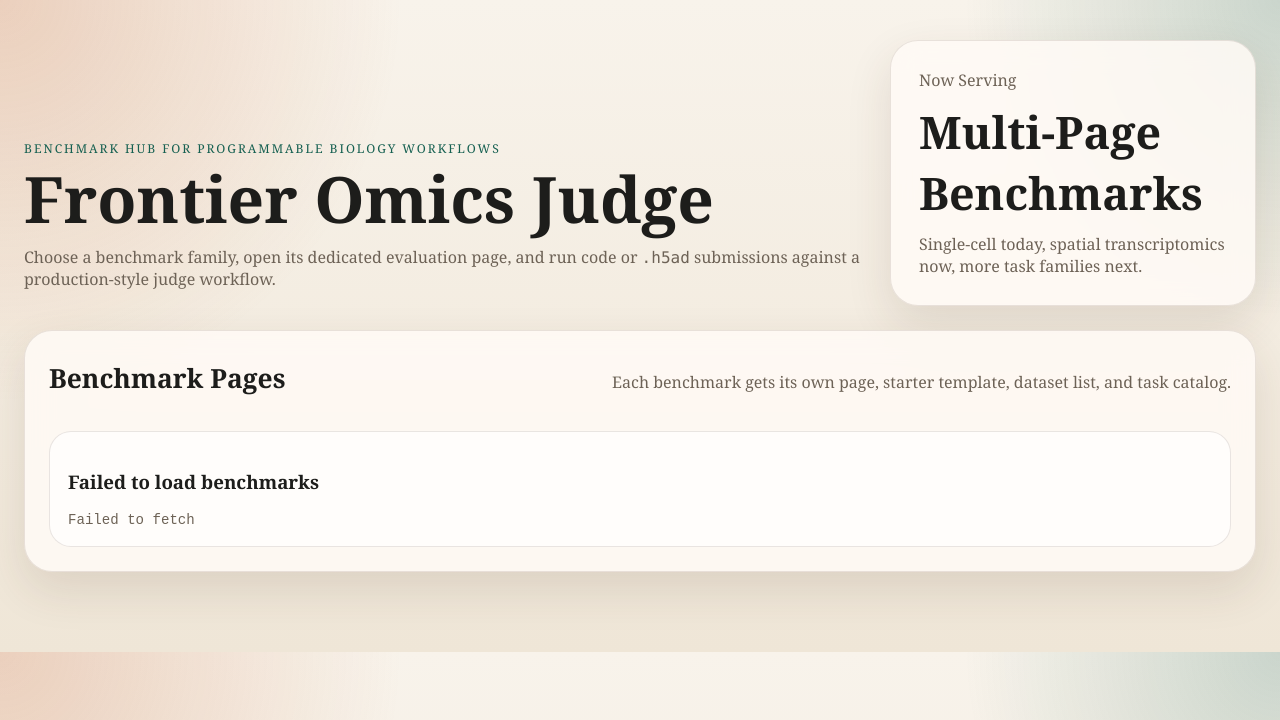
Repository: HelloWorldLTY/SciAgentArena
Page: front_web/public/index.html
An editor plug-in stored every save of this project. The page is shown before and after the next save, followed by the edit.
The browser window is 1280 px wide. The pictures show the whole page.
The page's requests for data from a server got no answer.

Above is the page before, as saved 2026-04-03 23:22:55.

### front_web/public/index.html
<!doctype html>
<html lang="en">
  <head>
    <meta charset="UTF-8" />
    <meta name="viewport" content="width=device-width, initial-scale=1.0" />
    <title>Frontier Omics Judge</title>
    <link rel="stylesheet" href="/styles.css" />
  </head>
  <body>
    <div class="page-shell">
      <header class="hero hero-home">
        <div>
          <p class="eyebrow">Benchmark hub for programmable biology workflows</p>
          <h1>Frontier Omics Judge</h1>
          <p class="hero-copy">
            Choose a benchmark family, open its dedicated evaluation page, and run code or
            <code>.h5ad</code> submissions against a production-style judge workflow.
          </p>
        </div>
        <div class="hero-card">
          <span class="hero-stat-label">Now Serving</span>
          <strong>Multi-Page Benchmarks</strong>
          <span class="hero-stat-meta">Single-cell today, spatial transcriptomics now, more task families next.</span>
        </div>
      </header>

      <section class="panel">
        <div class="panel-header">
          <h2>Benchmark Pages</h2>
          <p>Each benchmark gets its own page, starter template, dataset list, and task catalog.</p>
        </div>
        <div id="benchmark-link-list" class="benchmark-link-list"></div>
      </section>
    </div>

    <script type="module" src="/home.js"></script>
  </body>
</html>

### front_web/public/styles.css
:root {
  --bg: #f4efe6;
  --bg-accent: radial-gradient(circle at top left, rgba(193, 95, 43, 0.24), transparent 28%), radial-gradient(circle at top right, rgba(22, 96, 81, 0.2), transparent 22%), linear-gradient(180deg, #f8f3eb 0%, #efe6d7 100%);
  --panel: rgba(255, 251, 246, 0.85);
  --panel-strong: #fffdf9;
  --line: rgba(77, 53, 34, 0.12);
  --text: #1d1d1b;
  --muted: #6d6256;
  --accent: #166051;
  --accent-2: #c15f2b;
  --danger: #9f2f2f;
  --shadow: 0 18px 45px rgba(74, 53, 32, 0.12);
}

* {
  box-sizing: border-box;
}

body {
  margin: 0;
  font-family: Georgia, "Times New Roman", serif;
  color: var(--text);
  background: var(--bg-accent);
}

code,
textarea,
input,
select,
button {
  font-family: "SFMono-Regular", Consolas, "Liberation Mono", Menlo, monospace;
}

.page-shell {
  max-width: 1440px;
  margin: 0 auto;
  padding: 40px 24px 80px;
}

.hero {
  display: grid;
  grid-template-columns: minmax(0, 2.3fr) minmax(260px, 1fr);
  gap: 24px;
  align-items: end;
  margin-bottom: 28px;
}

.eyebrow {
  text-transform: uppercase;
  letter-spacing: 0.16em;
  font-size: 0.76rem;
  color: var(--accent);
  margin: 0 0 12px;
}

.hero h1,
.panel h2 {
  margin: 0;
  font-size: clamp(2.6rem, 5vw, 4.6rem);
  line-height: 0.95;
}

.hero-copy,
.panel-header p,
.submit-feedback {
  color: var(--muted);
}

.hero-card,
.panel {
  background: var(--panel);
  backdrop-filter: blur(14px);
  border: 1px solid var(--line);
  border-radius: 28px;
  box-shadow: var(--shadow);
}

.hero-card {
  padding: 28px;
  display: flex;
  flex-direction: column;
  gap: 10px;
}

.hero-stat-label,
.hero-stat-meta,
.task-summary,
.meta-label,
.detail-card pre {
  color: var(--muted);
}

.hero-card strong {
  font-size: 2.8rem;
}

.grid {
  display: grid;
  grid-template-columns: minmax(0, 1.4fr) minmax(320px, 0.9fr);
  gap: 24px;
}

.panel {
  padding: 24px;
}

.panel-header {
  display: flex;
  justify-content: space-between;
  gap: 20px;
  align-items: baseline;
  margin-bottom: 22px;
}

.panel-header h2 {
  font-size: 1.65rem;
}

.submission-form,
.mode-switch,
.task-list,
.result-shell,
.detail-grid {
  display: grid;
  gap: 16px;
}

label,
.mode-card {
  display: grid;
  gap: 8px;
}

label span,
legend {
  font-size: 0.88rem;
  text-transform: uppercase;
  letter-spacing: 0.08em;
  color: var(--muted);
}

input,
select,
textarea,
button {
  border-radius: 18px;
  border: 1px solid var(--line);
  background: var(--panel-strong);
  color: var(--text);
}

input,
select,
button {
  min-height: 50px;
  padding: 0 16px;
}

textarea {
  min-height: 420px;
  padding: 16px;
  resize: vertical;
  line-height: 1.5;
}

.triple-row {
  display: grid;
  grid-template-columns: repeat(3, minmax(0, 1fr));
  gap: 14px;
}

.double-row {
  display: grid;
  grid-template-columns: repeat(2, minmax(0, 1fr));
  gap: 14px;
}

.mode-switch {
  grid-template-columns: repeat(2, minmax(0, 1fr));
  border: 0;
  padding: 0;
  margin: 0;
}

.mode-card {
  padding: 16px;
  border: 1px solid var(--line);
  border-radius: 20px;
  background: rgba(255, 253, 249, 0.72);
  cursor: pointer;
}

.mode-card input {
  min-height: unset;
  margin: 0;
}

.mode-card.active {
  border-color: rgba(22, 96, 81, 0.45);
  box-shadow: inset 0 0 0 1px rgba(22, 96, 81, 0.28);
}

.primary-button {
  background: linear-gradient(135deg, var(--accent) 0%, #1f7c69 100%);
  color: #fff;
  font-weight: 700;
  border: 0;
  cursor: pointer;
}

.primary-button:hover {
  transform: translateY(-1px);
}

.task-card,
.metric-card,
.detail-card {
  padding: 18px;
  border-radius: 22px;
  background: rgba(255, 255, 255, 0.68);
  border: 1px solid var(--line);
}

.task-card h3,
.metric-card h3,
.result-hero h3 {
  margin: 0;
  font-size: 1.1rem;
}

.task-card p,
.metric-card p,
.result-hero p,
.detail-card p,
.meta-value {
  margin: 0;
  line-height: 1.5;
}

.result-panel {
  margin-top: 24px;
}

.result-shell.empty-state {
  min-height: 160px;
  place-items: center;
  text-align: center;
  font-size: 1.08rem;
}

.result-hero {
  display: grid;
  grid-template-columns: minmax(0, 1fr) auto;
  gap: 18px;
  align-items: center;
}

.score-pill {
  border-radius: 999px;
  padding: 14px 22px;
  background: rgba(193, 95, 43, 0.12);
  font-size: 1.5rem;
  font-weight: 700;
}

.result-meta {
  display: grid;
  grid-template-columns: repeat(4, minmax(0, 1fr));
  gap: 12px;
}

.metric-grid,
.detail-grid {
  grid-template-columns: repeat(3, minmax(0, 1fr));
}

.metric-card strong,
.meta-value {
  font-size: 1.2rem;
}

.detail-card pre {
  margin: 0;
  white-space: pre-wrap;
  word-break: break-word;
  font-size: 0.88rem;
}

.status-badge {
  display: inline-flex;
  align-items: center;
  gap: 8px;
  border-radius: 999px;
  padding: 8px 14px;
  width: fit-content;
  font-size: 0.85rem;
  text-transform: uppercase;
  letter-spacing: 0.08em;
}

.status-badge.queued,
.status-badge.running {
  background: rgba(193, 95, 43, 0.12);
  color: #8d4e23;
}

.status-badge.completed {
  background: rgba(22, 96, 81, 0.12);
  color: var(--accent);
}

.status-badge.failed {
  background: rgba(159, 47, 47, 0.12);
  color: var(--danger);
}

.hidden {
  display: none;
}

@media (max-width: 1080px) {
  .hero,
  .grid,
  .double-row,
  .triple-row,
  .result-meta,
  .metric-grid,
  .detail-grid {
    grid-template-columns: 1fr;
  }

  .panel-header {
    flex-direction: column;
    align-items: flex-start;
  }

  .result-hero {
    grid-template-columns: 1fr;
  }
}

.top-nav {
  display: flex;
  justify-content: space-between;
  gap: 16px;
  align-items: center;
  margin-bottom: 20px;
  flex-wrap: wrap;
}

.page-links {
  display: flex;
  flex-wrap: wrap;
  gap: 12px;
}

.benchmark-link-list {
  display: grid;
  gap: 16px;
  grid-template-columns: repeat(auto-fit, minmax(280px, 1fr));
}

.nav-link,
.page-button {
  display: inline-flex;
  align-items: center;
  justify-content: center;
  min-height: 44px;
  padding: 0 16px;
  border-radius: 999px;
  text-decoration: none;
  border: 1px solid var(--line);
  background: rgba(255, 253, 249, 0.72);
  color: var(--text);
}

.nav-link.active,
.page-button {
  background: linear-gradient(135deg, var(--accent) 0%, #1f7c69 100%);
  color: #fff;
  border-color: transparent;
}

.benchmark-card-link {
  text-decoration: none;
  color: inherit;
}

.benchmark-card {
  transition: transform 160ms ease, box-shadow 160ms ease, border-color 160ms ease;
}

.benchmark-card-link:hover .benchmark-card,
.benchmark-card-link:focus-visible .benchmark-card {
  transform: translateY(-2px);
  box-shadow: 0 22px 55px rgba(74, 53, 32, 0.16);
  border-color: rgba(22, 96, 81, 0.28);
}

.benchmark-card-title {
  text-decoration: none;
}

.hero-home {
  margin-bottom: 24px;
}

### front_web/public/home.js
const linkList = document.querySelector('#benchmark-link-list');

function descriptionForBenchmark(id) {
  if (id === 'spatial') {
    return 'Spatial graph construction, SVG scoring, and neighborhood enrichment on a dedicated page.';
  }
  if (id === 'single-cell') {
    return 'The original single-cell RNA-seq judge with integration, clustering, DEGs, and trajectory scoring.';
  }
  return 'A dedicated benchmark page for this task family.';
}

async function init() {
  const response = await fetch('/api/config');
  const config = await response.json();
  const benchmarks = Object.entries(config.benchmarks || {});
  linkList.innerHTML = benchmarks.map(([id, benchmark]) => `
    <a class="benchmark-card-link" href="/benchmarks/${id}">
      <article class="task-card benchmark-card">
        <p class="task-summary">${id}</p>
        <h3 class="benchmark-card-title">${benchmark.label}</h3>
        <p>${descriptionForBenchmark(id)}</p>
      </article>
    </a>
  `).join('');
}

init().catch((error) => {
  linkList.innerHTML = `<article class="detail-card"><h3>Failed to load benchmarks</h3><pre>${error.message}</pre></article>`;
});

After the next save:
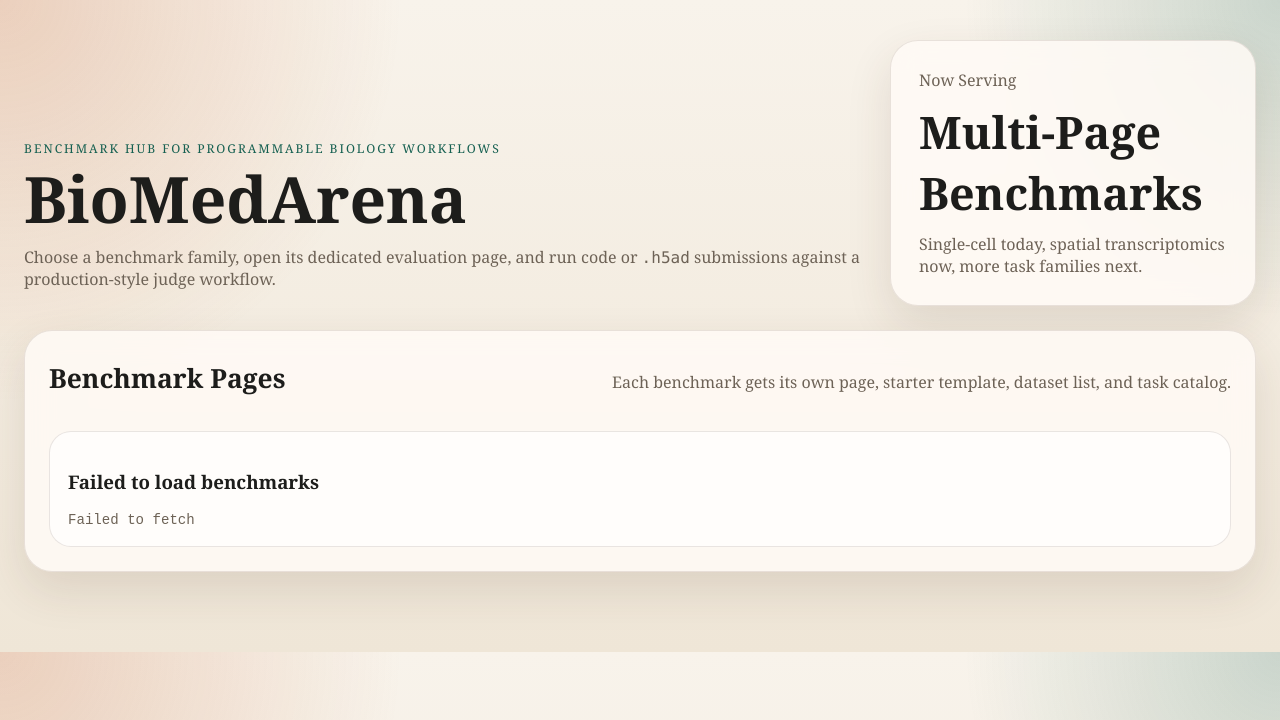
Saved 7 min 49 s later.
--- a/front_web/public/index.html
+++ b/front_web/public/index.html
@@ -3,7 +3,7 @@
   <head>
     <meta charset="UTF-8" />
     <meta name="viewport" content="width=device-width, initial-scale=1.0" />
-    <title>Frontier Omics Judge</title>
+    <title>BioMedArena</title>
     <link rel="stylesheet" href="/styles.css" />
   </head>
   <body>
@@ -11,7 +11,7 @@
       <header class="hero hero-home">
         <div>
           <p class="eyebrow">Benchmark hub for programmable biology workflows</p>
-          <h1>Frontier Omics Judge</h1>
+          <h1>BioMedArena</h1>
           <p class="hero-copy">
             Choose a benchmark family, open its dedicated evaluation page, and run code or
             <code>.h5ad</code> submissions against a production-style judge workflow.
